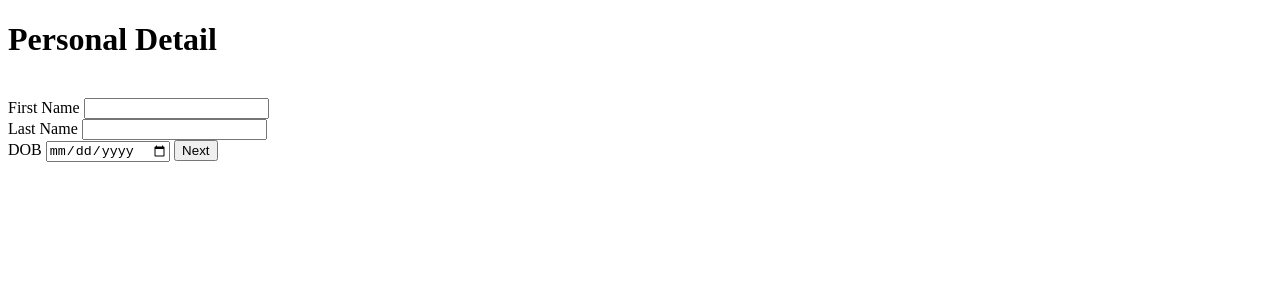
Repository: gotoharjeet/s2
Page: sessionDemo/src/main/webapp/one.html
An editor plug-in stored every save of this project. The page is shown before and after the next save, followed by the edit.
The browser window is 1280 px wide. The pictures show the whole page.

Above is the page before, as saved 2022-05-26 15:05:06.

After the next save:
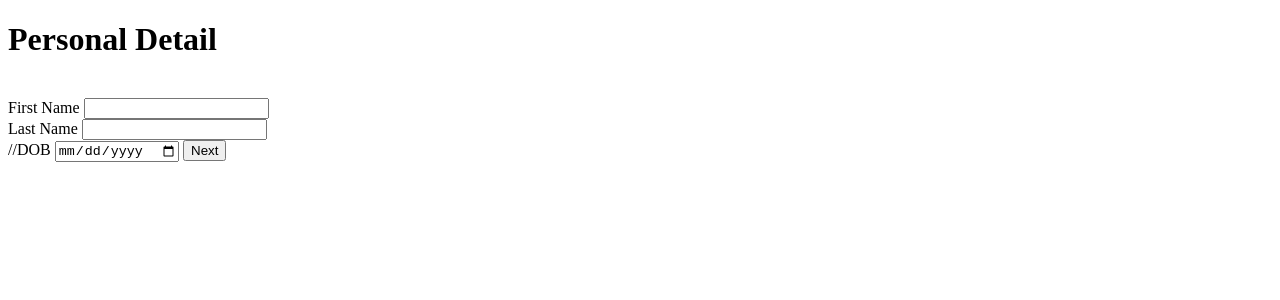
Saved 63 s later.
--- a/sessionDemo/src/main/webapp/one.html
+++ b/sessionDemo/src/main/webapp/one.html
@@ -8,7 +8,7 @@
 	<h1>Personal Detail</h1><br/>
 	First Name <input type="text" name="fname"><br/>
 	Last Name <input type="text" name="lname"><br/>
-	DOB <input type="date" name="dob" required pattern="\d{2}-\d{2}-\d{4}><br/>
+	//DOB <input type="date" name="dob" required pattern="\d{2}-\d{2}-\d{4}><br/>
 	Birth Place <input type="text" name="bplace">
 	<input type="submit" value="Next">
 </body>
